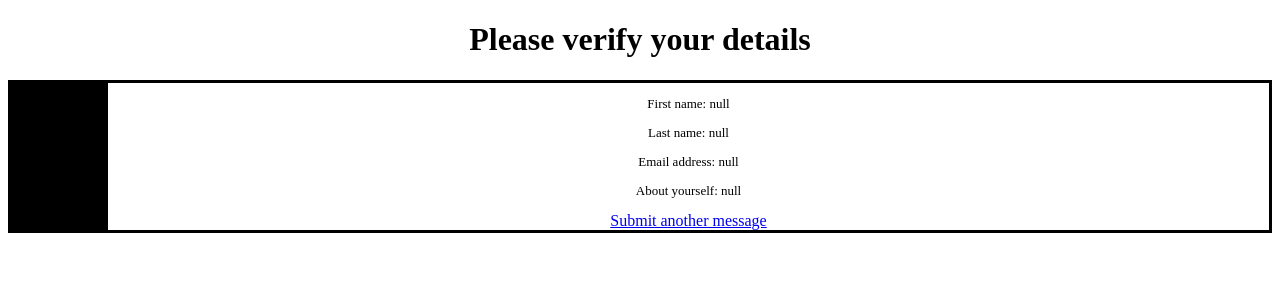
Repository: hornstein-inc/Training
Page: http://localhost/result
These files come from the project's save history. The page is drawn as it stood at one moment and after the next save; the edit follows.
The browser window is 1280 px wide. The pictures show the whole page.
The page is this project's Thymeleaf template; nobody is signed in. The template is opened directly, without the code that normally fills it, so the values that code supplies are empty.

Above is the page before, as saved 2019-04-29 08:51:44.

### Training/gs-handling-form-submission/initial/src/main/resources/templates/result.html
<!DOCTYPE HTML>
<html xmlns:th="http://www.thymeleaf.org">
<link rel="stylesheet" type="text/css" th:href="@{/css/style.css}"/>
<head>
    <title>Getting Started: Handling Form Submission</title>
    <meta http-equiv="Content-Type" content="text/html; charset=UTF-8" />
</head>
<body>
	<h1 class="title">Please verify your details</h1>
	<div class="resultDiv">
    <p class="resultText" th:text="'First name: ' + ${greeting.firstName}"/>
    <p class="resultText" th:text="'Last name: ' + ${greeting.LastName}" />
    <p class="resultText" th:text="'Email address: ' + ${greeting.emailAddress}"/>
    <p class="resultText" th:text="'About yourself: ' +${greeting.content}"/>
    <a href="/greeting">Submit another message</a>
	</div>
</body>
</html>

### Training/gs-handling-form-submission/initial/src/main/resources/static/css/style.css
form{
	text-align: center;

}

.title{

	text-align: center;
	font: sans-serif;


}

.subtitle{
	text-align: center;
	font: sans-serif;

}

input{
	padding: 10px;
	margin-top: 10px;
	font-size: medium;
	background-color: silver;
}

.resultDiv{
	text-align: center;
	border: solid;
	border-left-width: 100px;
}

.resultText{
	font: sans-serif;
	font-size: small;
}

After the next save:
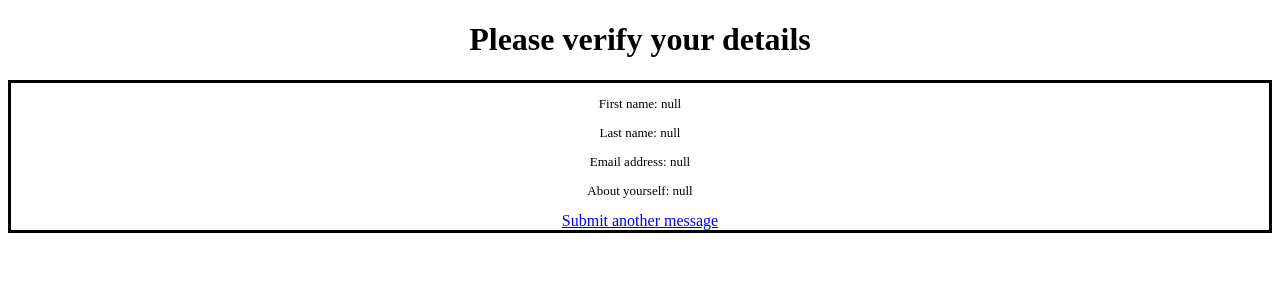
Saved 92 s later.
--- a/Training/gs-handling-form-submission/initial/src/main/resources/static/css/style.css
+++ b/Training/gs-handling-form-submission/initial/src/main/resources/static/css/style.css
@@ -27,7 +27,7 @@ input{
 .resultDiv{
 	text-align: center;
 	border: solid;
-	border-left-width: 100px;
+
 }
 
 .resultText{
